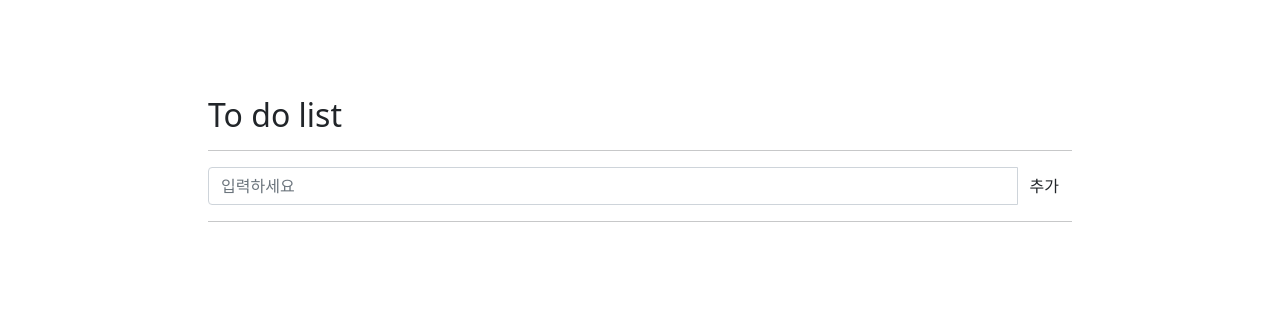
Repository: Hwater00/JSP-practice
Page: javaWorkspace/jwbook/src/main/webapp/ch03/todoapp.html
The author's editor kept a copy of each file at every save. The page is drawn from the files as they stood at one save, then again after the next save.
The browser window is 1280 px wide. The pictures show the whole page.

Above is the page before, as saved 2023-07-27 00:43:43.

### javaWorkspace/jwbook/src/main/webapp/ch03/todoapp.html
<!DOCTYPE html>
<html>
<head>
<meta charset="UTF-8">
<link href="https://cdn.jsdelivr.net/npm/bootstrap@5.0.2/dist/css/bootstrap.min.css" rel="stylesheet" integrity="sha384-EVSTQN3/azprG1Anm3QDgpJLIm9Nao0Yz1ztcQTwFspd3yD65VohhpuuCOmLASjC" crossorigin="anonymous">
<title>Insert title here</title>
</head>
<body>
	<div class="container bg-waring show mx-auto mt-5 p-5 w-75">
		<div>
			<h2>To do list</h2>
			<hr>
			<div class="input-group">
				<input id="item" class="form-control" type="text" placeholder="입력하세요">
				<button type="button" class="btn btn-control" onclick="addTime()">추가</button>
			</div>

		</div>
		<hr>
		<ul id="todolist" class="liat-group"></ul>
		</div>

</body>
</html>

After the next save:
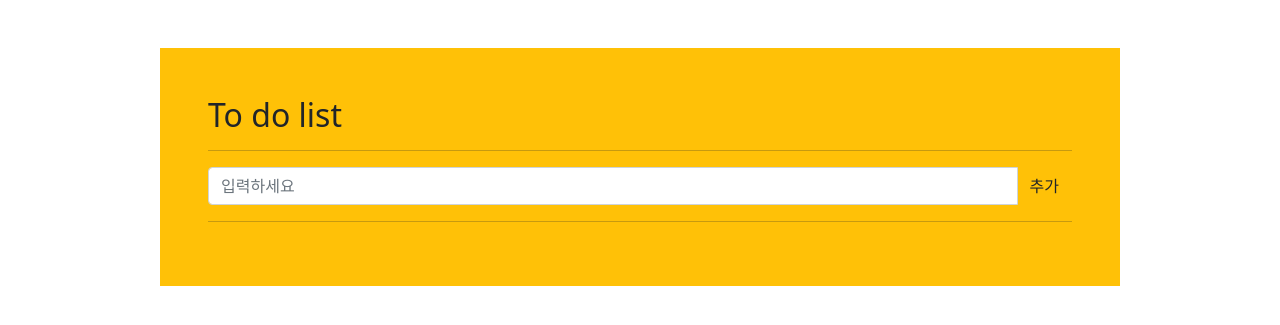
Saved 77 s later.
--- a/javaWorkspace/jwbook/src/main/webapp/ch03/todoapp.html
+++ b/javaWorkspace/jwbook/src/main/webapp/ch03/todoapp.html
@@ -2,11 +2,11 @@
 <html>
 <head>
 <meta charset="UTF-8">
-<link href="https://cdn.jsdelivr.net/npm/bootstrap@5.0.2/dist/css/bootstrap.min.css" rel="stylesheet" integrity="sha384-EVSTQN3/azprG1Anm3QDgpJLIm9Nao0Yz1ztcQTwFspd3yD65VohhpuuCOmLASjC" crossorigin="anonymous">
+<link href="https://cdn.jsdelivr.net/npm/bootstrap@5.0.0/dist/css/bootstrap.min.css" rel="stylesheet" integrity="sha384-EVSTQN3/azprG1Anm3QDgpJLIm9Nao0Yz1ztcQTwFspd3yD65VohhpuuCOmLASjC" crossorigin="anonymous">
 <title>Insert title here</title>
 </head>
 <body>
-	<div class="container bg-waring show mx-auto mt-5 p-5 w-75">
+	<div class="container bg-warning show mx-auto mt-5 p-5 w-75">
 		<div>
 			<h2>To do list</h2>
 			<hr>

After the save that followed:
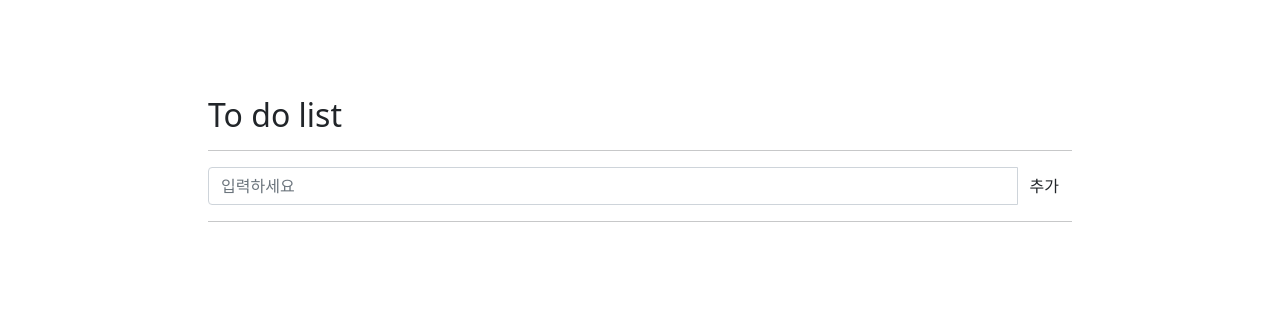
Saved 32 s later.
--- a/javaWorkspace/jwbook/src/main/webapp/ch03/todoapp.html
+++ b/javaWorkspace/jwbook/src/main/webapp/ch03/todoapp.html
@@ -6,7 +6,7 @@
 <title>Insert title here</title>
 </head>
 <body>
-	<div class="container bg-warning show mx-auto mt-5 p-5 w-75">
+	<div class="container bg-waring shodw mx-auto mt-5 p-5 w-75">
 		<div>
 			<h2>To do list</h2>
 			<hr>
